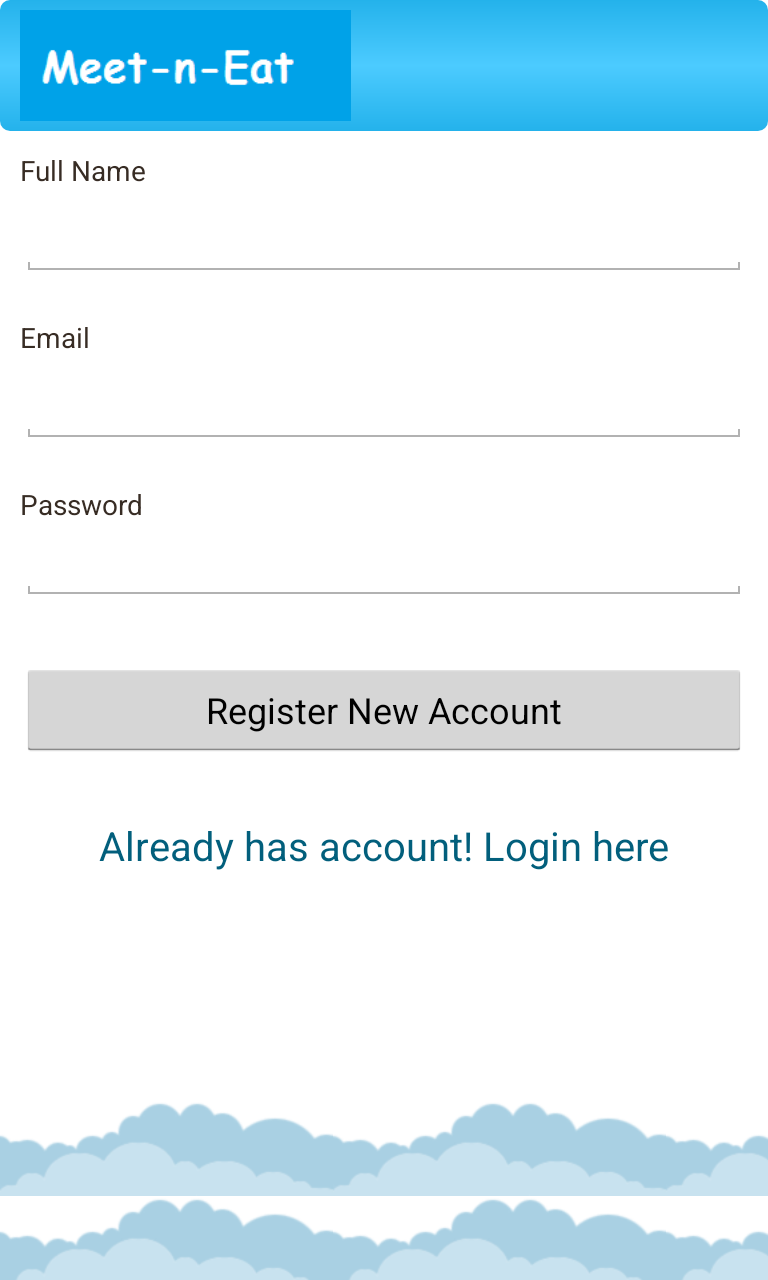
Repository: shubra-shetty/MasterProject
Layout: finalprojecttry1/finalproject_try1/res/layout/register.xml
An editor plug-in stored every save of this project. The layout is shown before and after the next save, followed by the edit.
It is drawn on a 768 x 1280 px phone screen (xhdpi) without system bars, with theme AppTheme; the app's code is not run.

Above is the layout before, as saved 2014-11-23 09:18:39.

After the next save:
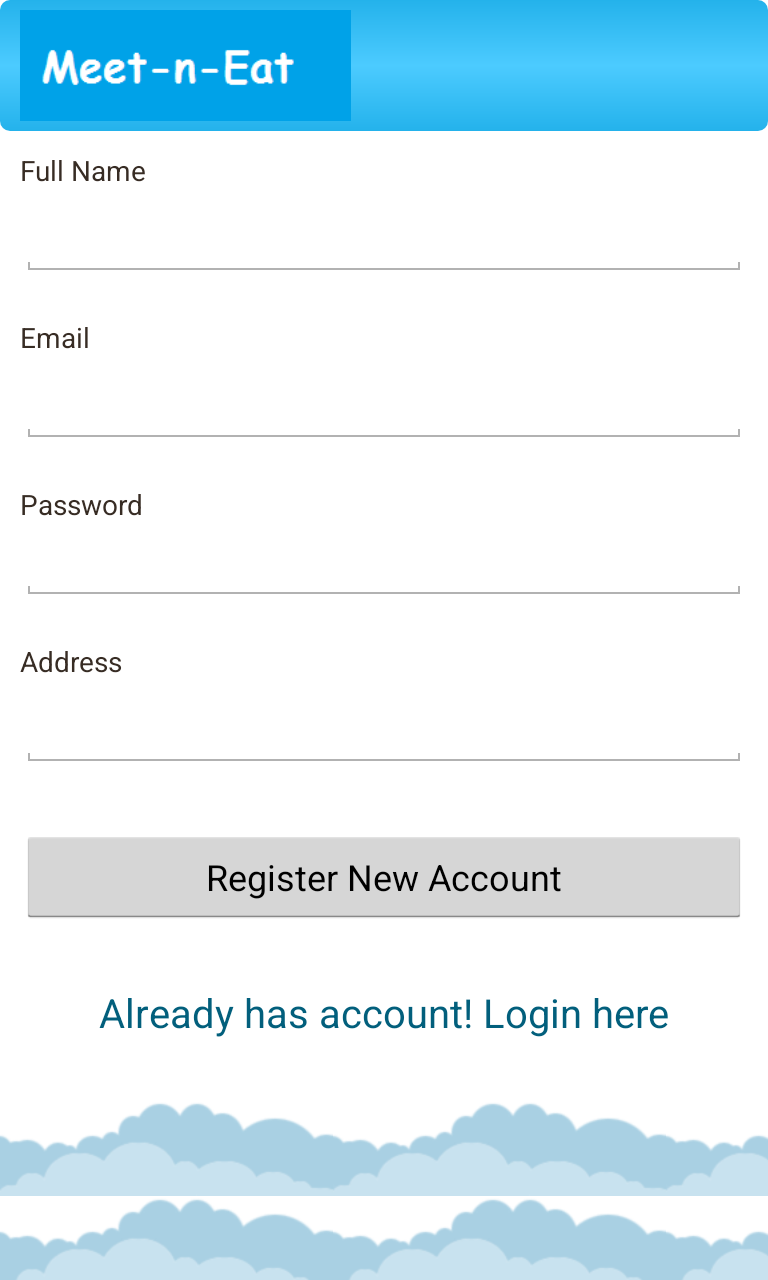
Saved 8 min 13 s later.
--- a/finalprojecttry1/finalproject_try1/res/layout/register.xml
+++ b/finalprojecttry1/finalproject_try1/res/layout/register.xml
@@ -73,6 +73,17 @@
 		  		android:password="true"
 		  		android:singleLine="true"
 		  		android:layout_marginBottom="20dip"/>
+		   <!-- Address Label -->
+		  <TextView android:layout_width="fill_parent"
+		  		android:layout_height="wrap_content"
+		  		android:textColor="#372c24"
+		  		android:text="Address"/>
+		  <EditText android:id="@+id/reg_address"
+		  		android:layout_width="fill_parent"
+		  		android:layout_height="wrap_content"
+		  		android:layout_marginTop="5dip"
+		  		android:singleLine="true"
+		  		android:layout_marginBottom="20dip"/>
 		  <!-- Zipcode Label -->
 		<!--   <TextView android:layout_width="fill_parent"
 		  		android:layout_height="wrap_content"
@@ -84,6 +95,9 @@
 		  		android:singleLine="true"
 		  		android:layout_marginTop="5dip"/> -->
 		  <!-- Register Button -->
+
+
+
 		  <Button android:id="@+id/btnRegister"
 		  		android:layout_width="fill_parent"
 		  		android:layout_height="wrap_content"
